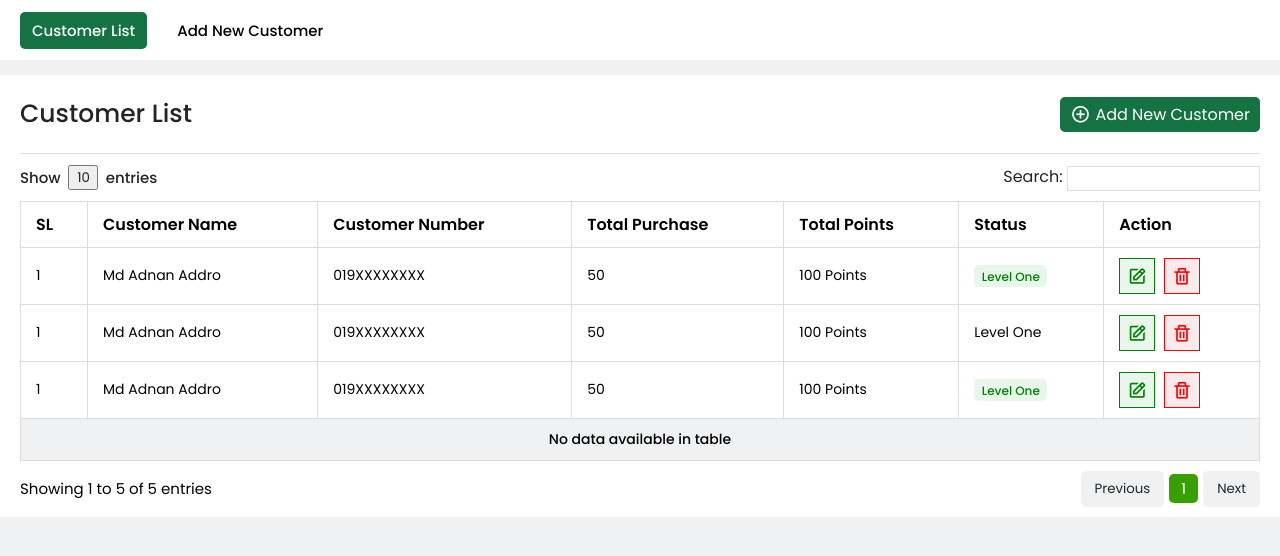
Repository: codebyaddro/customer-page
Page: customer.html
An editor plug-in stored every save of this project. The page is shown before and after a run of saves, followed by the edit.
The browser window is 1280 px wide. The pictures show the whole page.

Above is the page before, as saved 2025-02-20 14:43:25.

### customer.html
<!DOCTYPE html>
<html lang="en">
<head>
    <meta charset="UTF-8">
    <meta name="viewport" content="width=device-width, initial-scale=1.0">
    <!-- CSS -->
    <link rel="stylesheet" href="css/customer.css">
    <!-- Icons -->
    <link href='https://unpkg.com/boxicons@2.1.4/css/boxicons.min.css' rel='stylesheet'>
    <title>Customer - Page</title>
</head>
<body style="background-color: var(--gray-white);">
    <div class="cba-customer-container">
        <div class="cba-cusc-top-menus">
            <ul>
                <li><a href="/index.html" class="cba-cusc-active-menu">Customer List</a></li>
                <li><a href="/inner-pages/html/anc.html" class="cba-cusc-light-up">Add New Customer</a></li>
            </ul>
        </div>
        <div class="cba-cusc-list-container">
            <div class="cba-cusc-heading-add-new-btn">
                <div class="cba-cusc-heading">
                    <h2>Customer List</h2>
                </div>
                <div class="cba-cusc-add-new-btn">
                    <i class='cba-cusc-add-icon bx bx-plus-circle'></i>
                    <a href="/inner-pages/html/anc.html">Add New Customer</a>
                </div>
            </div>
            <div class="cba-cusc-list-short-dpdwn-search-box">
                <div class="cba-cusc-list-short-dpdwn">
                    <h3>Show</h3>
                    <select name="10" id="">
                        <option value="">10</option>
                        <option value="">20</option>
                        <option value="">30</option>
                        <option value="">All</option>
                    </select>
                    <h3>entries</h3>
                </div>
                <div class="cba-cusc-search-box">
                    <legend>Search: <input type="text"></legend>
                </div>
            </div>
            <div class="cba-cusc-table-list">
                <table>
                    <thead>
                        <tr>
                            <th title="SL">SL</th>
                            <th title="Code">Customer Name</th>
                            <th title="Category Name">Customer Number</th>
                            <th title="Status">Total Purchase</th>
                            <th title="Status">Total Points</th>
                            <th title="Status">Status</th>
                            <th title="Action">Action</th>
                        </tr>
                    </thead>
                    <tbody>
                        <tr>
                            <td>1</td>
                            <td>Md Adnan Addro</td>
                            <td>019XXXXXXXX</td>
                            <td>50</td>
                            <td><span>100</span> Points</td>
                            <td><span class="cba-cusc-ls1">Level One</span></td>
                            <td>
                                <a title="Edit" href="#"><i class='cba-cusc-edit-icon bx bx-edit'></i></a>
                                <a title="Delete" href="#"><i class='cba-cusc-delete-icon bx bx-trash'></i></a>
                            </td>
                        </tr>
                        <tr>
                            <td>1</td>
                            <td>Md Adnan Addro</td>
                            <td>019XXXXXXXX</td>
                            <td>50</td>
                            <td><span>100</span> Points</td>
                            <td><span class="cba-cusc-ls2">Level One</span></td>
                            <td>
                                <a title="Edit" href="#"><i class='cba-cusc-edit-icon bx bx-edit'></i></a>
                                <a title="Delete" href="#"><i class='cba-cusc-delete-icon bx bx-trash'></i></a>
                            </td>
                        </tr>
                        <tr>
                            <td>1</td>
                            <td>Md Adnan Addro</td>
                            <td>019XXXXXXXX</td>
                            <td>50</td>
                            <td><span>100</span> Points</td>
                            <td><span class="cba-cusc-ls1">Level One</span></td>
                            <td>
                                <a title="Edit" href="#"><i class='cba-cusc-edit-icon bx bx-edit'></i></a>
                                <a title="Delete" href="#"><i class='cba-cusc-delete-icon bx bx-trash'></i></a>
                            </td>
                        </tr>
                        <tr class="cba-cusc-no-data-available">
                            <th colspan="7">No data available in table</th>
                        </tr>
                    </tbody>
                </table>
            </div>
            <div class="cba-cusc-entries-details-list-page-btn">
                <div class="cba-cusc-entries-details">
                    Showing <span>1</span> to <span>5</span> of <span>5</span> entries
                </div>
                <div class="cba-cusc-list-page-btn">
                    <button>Previous</button>
                    <h4><span>1</span></h4>
                    <button>Next</button>
                </div>
            </div>
        </div>
    </div>
</body>
</html>

### css/customer.css
/* -- fonts -- */
@import url('https://fonts.googleapis.com/css2?family=Poppins:ital,wght@0,100;0,200;0,300;0,400;0,500;0,600;0,700;0,800;0,900;1,100;1,200;1,300;1,400;1,500;1,600;1,700;1,800;1,900&family=Raleway:ital,wght@0,100..900;1,100..900&family=Roboto:ital,wght@0,100;0,300;0,400;0,500;0,700;0,900;1,100;1,300;1,400;1,500;1,700;1,900&family=VT323&display=swap');

/* -- root -- */

:root {
    --gray-white: #F0F1F2; /* For body*/
    --white: #FFFFFF;
    --black: #000000;
    --gray-black: #DDDDDD;
    --lt-black: #212523;
    --lt-black-op: #21252350;
    --main-green: #157343;
    --main-lt: #37A000;
    --lt-orange: #FD7E14;
    --green: #008000;
    --lt-green: #e9f6ec;
    --red: #FF0000;
    --lt-red: #fbeaec;
    --blue: #0000FF;
    --lt-blue: #e6e6ff;
}

/* --universal style -- */

* {
    margin: 0;
    padding: 0;
    box-sizing: border-box;
    font-family: "Poppins", serif;
}

/* -- website app text selection cursor style */

::selection {
    color: var(--white);
    background-color: var(--main-lt);
}

/* -- customer container style -- */

.cba-customer-container {
    width: 100%;
    /* margin-top: 25px; */
}

/* -- top menus style--  */

.cba-cusc-top-menus {
    background-color: var(--white);
    display: flex;
    justify-content: left;
    align-items: center;
    height: 60px;
    padding: 10px 40px;
    margin-bottom: 15px;
}

.cba-cusc-top-menus ul {
    list-style-type: none;
    display: flex;
    gap: 30px;
    margin-left: -20px;
}

.cba-cusc-top-menus ul li a {
    text-decoration: none;
    color: var(--black);
    font-size: 15px;
    font-weight: 500;
}

/* -- active menu style -- */

.cba-cusc-active-menu {
    color: var(--white)!important;
    background-color: var(--main-green);
    padding: 8px 12px;
    border-radius: 5px;
}

/* -- menu hover style -- */

.cba-cusc-light-up:hover {
    color: var(--lt-orange);
}

/* -- list container style -- */

.cba-cusc-list-container {
    background-color: var(--white);
    padding: 0px 20px;
}

/* -- heading-add-new-btn style -- */

.cba-cusc-heading-add-new-btn {
    display: flex;
    justify-content: space-between;
    align-items: center;
    border-bottom: 1px solid var(--gray-black);
    padding: 20px 0px;
}

.cba-cusc-heading h2 {
    color: var(--lt-black);
    font-size: 25px;
    font-weight: 500;
}

/* -- add-new-btn style -- */

.cba-cusc-add-new-btn {
    display: flex;
    gap: 5px;
    justify-content: baseline;
    align-items: center;
}

.cba-cusc-add-new-btn {
    background-color: var(--main-green);
    padding: 5px 10px;
    border-radius: 5px;
}

.cba-cusc-add-new-btn a {
    color: var(--white);
    text-decoration: none;
}

.cba-cusc-add-icon {
    color: var(--white);
    font-size: 20px;
}

/* -- list-short-dpdwn-search-box style -- */

.cba-cusc-list-short-dpdwn-search-box {
    display: flex;
    justify-content: space-between;
    align-items: center;
    padding: 10px 0px;
}

/* -- list-short-dpdwn style -- */

.cba-cusc-list-short-dpdwn {
    display: flex;
    gap: 7.5px;
    align-items: center;
}

.cba-cusc-list-short-dpdwn h3 {
    color: var(--lt-black);
    font-size: 15px;
    font-weight: 500;
}

.cba-cusc-list-short-dpdwn select {
    color: var(--lt-black);
    appearance: none;
    height: 25px;
    width: 30px;
    padding-left: 8px;
    outline: none;
    border-radius: 2.5px;
}

/* -- search-box style -- */

.cba-cusc-search-box {
    display: flex;
    align-items: center;
}

.cba-cusc-search-box legend {
    color: var(--lt-black);
}

.cba-cusc-search-box input {
    outline: none;
    height: 25px;
    width: 193px;
    border: 1px solid var(--gray-black);
}

/* -- table-list style --*/

table {
    border-collapse: collapse;
    width: 100%;
}

@media (max-width: 768px) {
    table {
        width: 100%;
        padding: 0rem;
        display: block;
        overflow-x: scroll;
        overflow-y: hidden;
        scrollbar-width: thin;
        scrollbar-color: var(--black);
    }
}

/* -- thead style -- */

thead {
    cursor: pointer;
}

th, td {
    border: 1px solid var(--gray-black);
    padding: 10px 15px;
}

thead tr th {
    font-size: 1rem;
    font-weight: 600;
    text-align: left;
}

tbody tr td {
    font-size: 0.875rem;
}

tbody tr:hover {
    background-color: var(--gray-white);
}

/* -- tbody style -- */

/* status style */

.cba-cusc-ls1 {
    color: var(--green);
    background-color: var(--lt-green);
    font-size: 12px;
    font-weight: 500;
    padding: 2.5px 7.5px;
    border-radius: 5px;
}

.cba-cusc-inactive {
    color: var(--red);
    background-color: var(--lt-red);
    font-size: 12px;
    font-weight: 500;
    padding: 2.5px 7.5px;
    border-radius: 5px;
}

/* -- action style -- */

.cba-cusc-edit-icon {
    color: var(--green);
    background-color: var(--lt-green);
    padding: 7px 7px;
    margin-right: 2.5px;
    border: 1px solid var(--green);
    font-size: 20px;
}

.cba-cusc-edit-icon:hover {
    background-color: var(--lt-black-op);
}

.cba-cusc-delete-icon {
    color: var(--red);
    background-color: var(--lt-red);
    padding: 7px 7px;
    margin-left: 2.5px;
    border: 1px solid var(--red);
    font-size: 20px;
}

.cba-cusc-delete-icon:hover {
    background-color: var(--lt-black-op);
}

/* -- no data style */

.cba-cusc-no-data-available th {
    font-size: 14px;
    font-weight:500;
    color: var(--black);
    background-color: var(--gray-white);
}

/* -- entries-details-list-page-btn style -- */

.cba-cusc-entries-details-list-page-btn {
    display: flex;
    justify-content: space-between;
    align-items: center;
    padding: 10px 0px;
}

.cba-cusc-entries-details {
    color: var(--black);
    font-size: 15px;
}

.cba-cusc-list-page-btn {
    display: flex;
    gap: 5px;
    align-items: center;
}

.cba-cusc-list-page-btn button {
    color: var(--lt-black);
    background-color: var(--gray-white);
    padding: 8px 14px;
    border: none;
    border-radius: 5px;
    cursor: pointer;
}

.cba-cusc-list-page-btn > h4 {
    color: var(--white);
    background-color: var(--main-lt);
    font-size: 15px;
    font-weight: 400;
    padding: 3px 12px;
    border-radius: 5px;
}

After the next 2 saves:
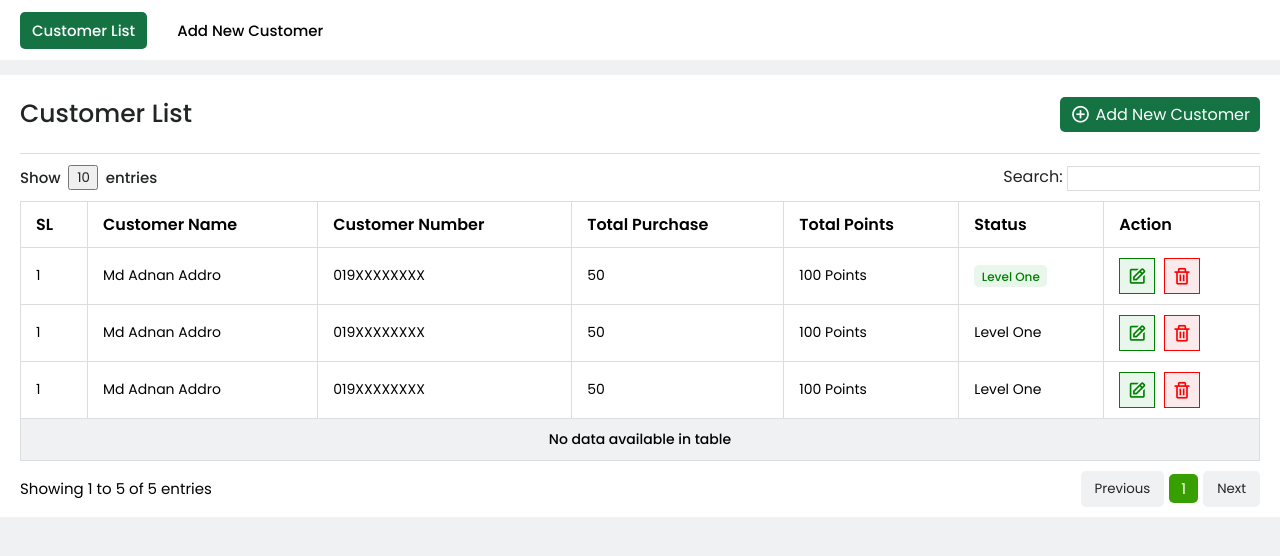
The 2 saves are shown as one change because they came seconds apart.
The last was saved 5 s later.
--- a/customer.html
+++ b/customer.html
@@ -86,7 +86,7 @@
                             <td>019XXXXXXXX</td>
                             <td>50</td>
                             <td><span>100</span> Points</td>
-                            <td><span class="cba-cusc-ls1">Level One</span></td>
+                            <td><span class="cba-cusc-ls3">Level One</span></td>
                             <td>
                                 <a title="Edit" href="#"><i class='cba-cusc-edit-icon bx bx-edit'></i></a>
                                 <a title="Delete" href="#"><i class='cba-cusc-delete-icon bx bx-trash'></i></a>
